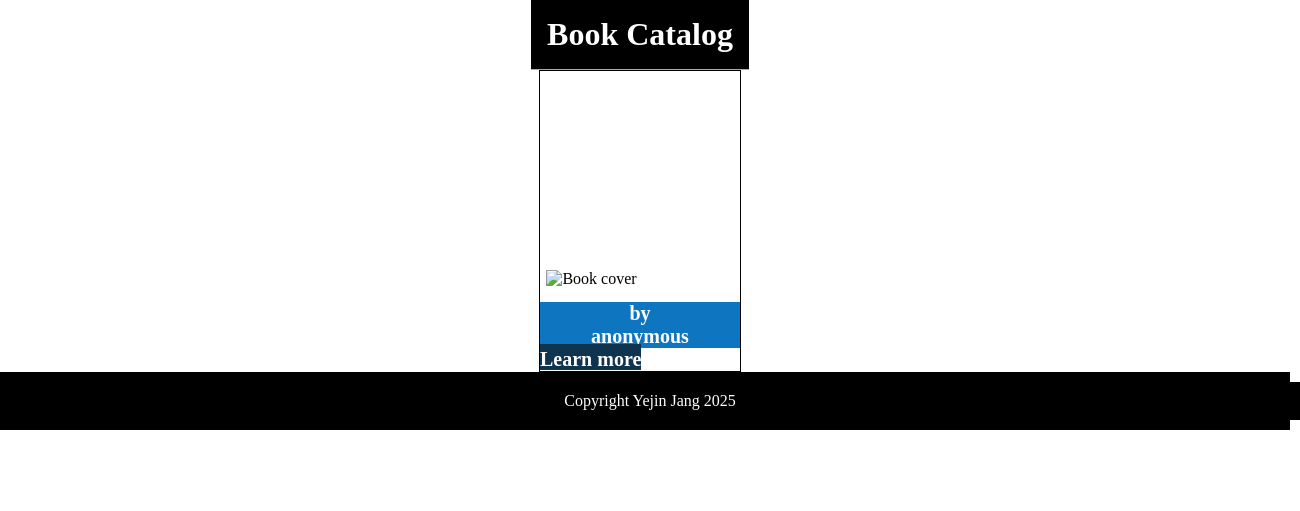
Repository: Yejin-Digital/Lab3-Assignment-BookCatalog
Page: /
The author's editor kept a copy of each file at every save. The page is drawn from the files as they stood at one save, then again after the next save.
The browser window is 1280 px wide. The page is 1300 px wide, so the pictures cover 1300 px, including what lies to the right of the window. The pictures show the whole page.
The project was rebuilt for these pictures with package versions that can differ from the ones it lists, and the page was loaded fresh each time. Also part of the build but not shown: vite.config.js.

Above is the page before, as saved 2025-09-13 04:17:15.

After the next save:
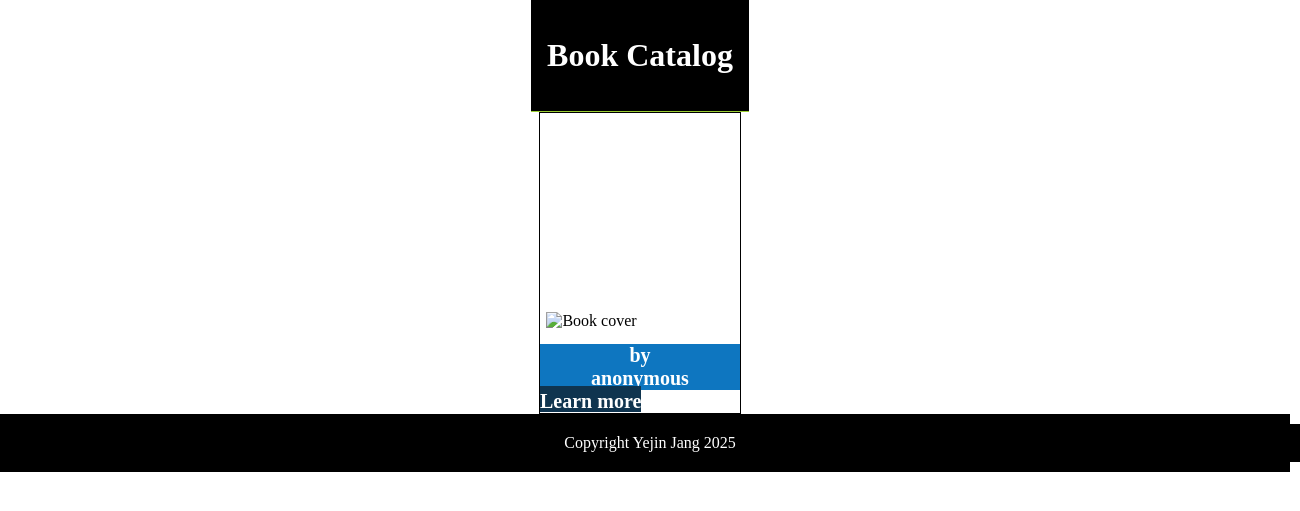
Saved 64 s later.
--- a/src/index.css
+++ b/src/index.css
@@ -22,7 +22,7 @@ h1 {
   color: white;
   text-align: center;
   width: 100%;
-  margin: 0;
+  margin: 21px 0;
 }
 
 .app-header {
